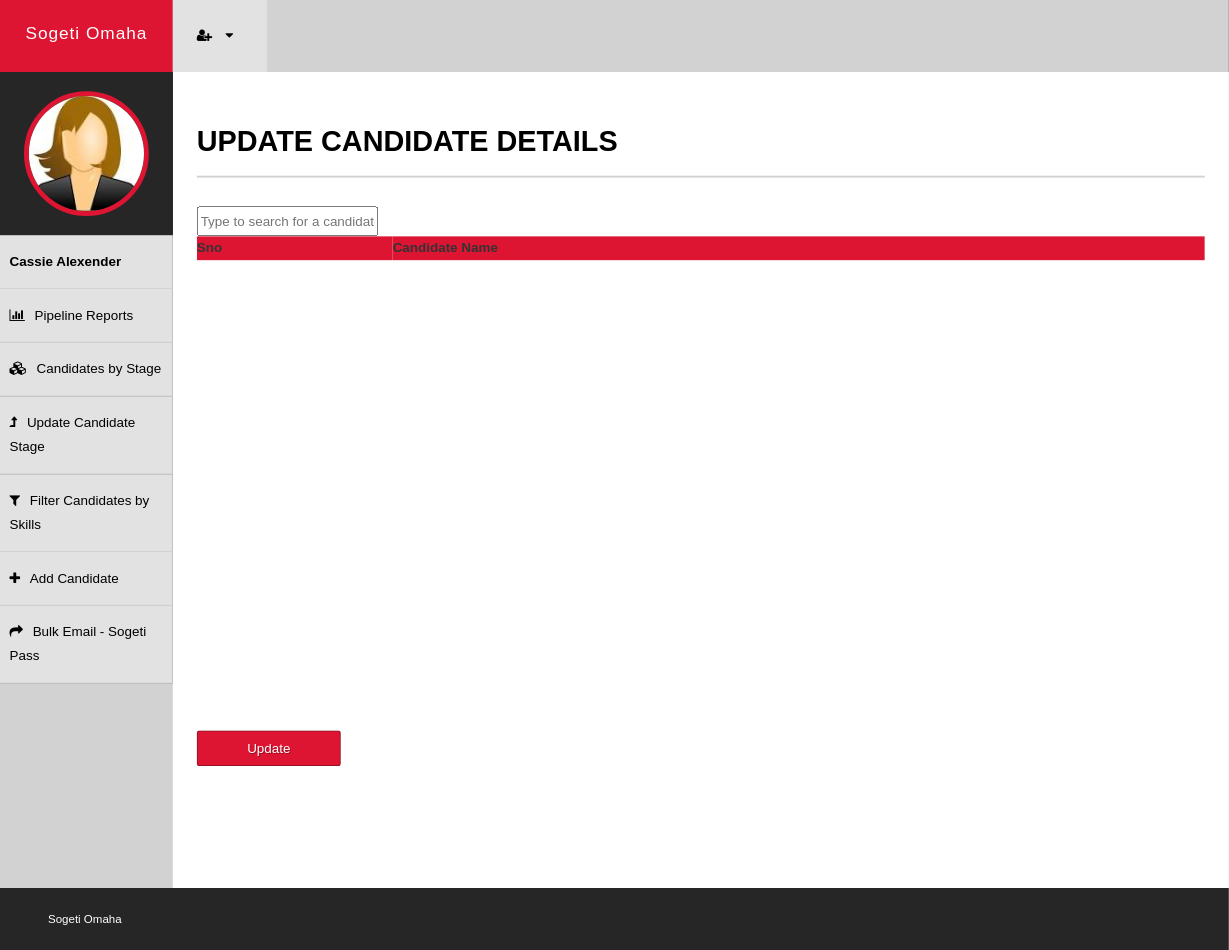
Repository: prasanana/Omaha-Sogeti-Recruiting
Page: http://localhost/Omaha_Sogeti_Recruitment/ModifyCandidateDetails.jsp
The author's editor kept a copy of each file at every save. The page is drawn from the files as they stood at one save, then again after the next save.
The browser window is 1280 px wide. The pictures show the whole page, at 96% of full size.
Some web fonts or font styles are not loaded; a fallback is used. The page is served by Tomcat 9.

Above is the page before, as saved 2015-03-26 18:24:09.
Console error: ReferenceError: sortRows is not defined

After the next save:
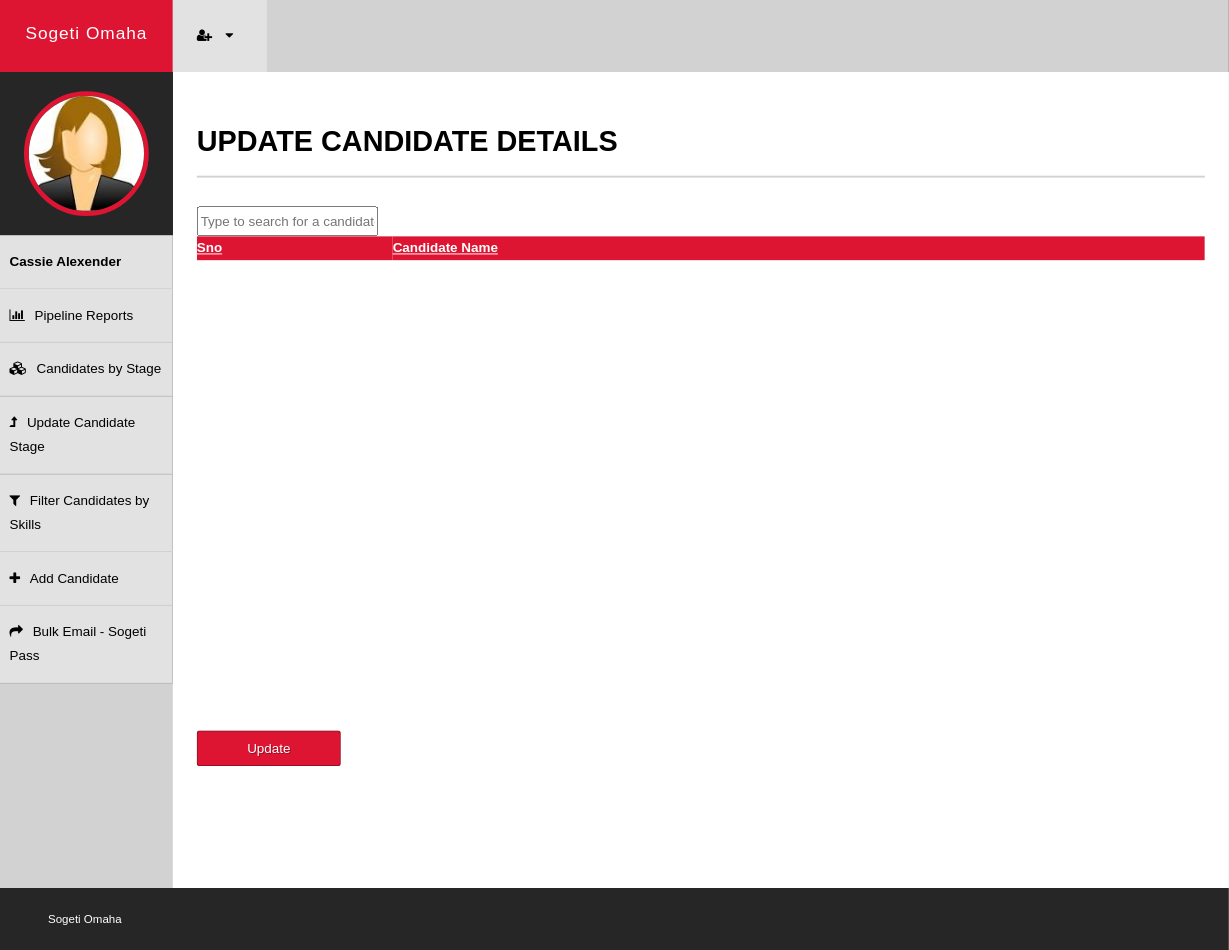
The error is gone.
Saved 16 s later.
--- a/OmahaSogetiRecruitingWS/Omaha_Sogeti_Recruitment/WebContent/javascript/ModifyCandidateDetails.js
+++ b/OmahaSogetiRecruitingWS/Omaha_Sogeti_Recruitment/WebContent/javascript/ModifyCandidateDetails.js
@@ -3,9 +3,51 @@ function fnOnload(){
 	sortRows();
 	searchRows();
 }
-function zebraRows(selector, className)
-{
-  $(selector).removeClass(className).addClass(className);
+function sortRows(){
+	//grab all header rows
+	$('thead th').each(function(column) {
+	  $(this).addClass('sortable').click(function(){
+	    var findSortKey = function($cell) {
+	      return $cell.find('.sort-key').text().toUpperCase() + ' ' + $cell.text().toUpperCase();
+	    };
+	    var sortDirection = $(this).is('.sorted-asc') ? -1 : 1;
+
+	    //step back up the tree and get the rows with data
+	    //for sorting
+	    var $rows = $(this).parent().parent().parent().find('tbody tr').get();
+
+	    //loop through all the rows and find
+	    $.each($rows, function(index, row) {
+	      row.sortKey = findSortKey($(row).children('td').eq(column));
+	    });
+
+	    //compare and sort the rows alphabetically
+	    $rows.sort(function(a, b) {
+	        if (a.sortKey < b.sortKey) return -sortDirection;
+	        if (a.sortKey > b.sortKey) return sortDirection;
+	        return 0;
+	    });
+
+	    //add the rows in the correct order to the bottom of the table
+	    $.each($rows, function(index, row) {
+	        $('tbody').append(row);
+	        row.sortKey = null;
+	    });
+
+	    //identify the column sort order
+	    $('th').removeClass('sorted-asc sorted-desc');
+	    var $sortHead = $('th').filter(':nth-child(' + (column + 1) + ')');
+	    sortDirection == 1 ? $sortHead.addClass('sorted-asc') : $sortHead.addClass('sorted-desc');
+
+	    //identify the column to be sorted by
+	    $('td').removeClass('sorted')
+	                .filter(':nth-child(' + (column + 1) + ')')
+	                .addClass('sorted');
+
+	    $('.visible td').removeClass('odd');
+	    zebraRows('.visible:even td', 'odd');
+	  });
+	});
 }
 
 function searchRows(){
